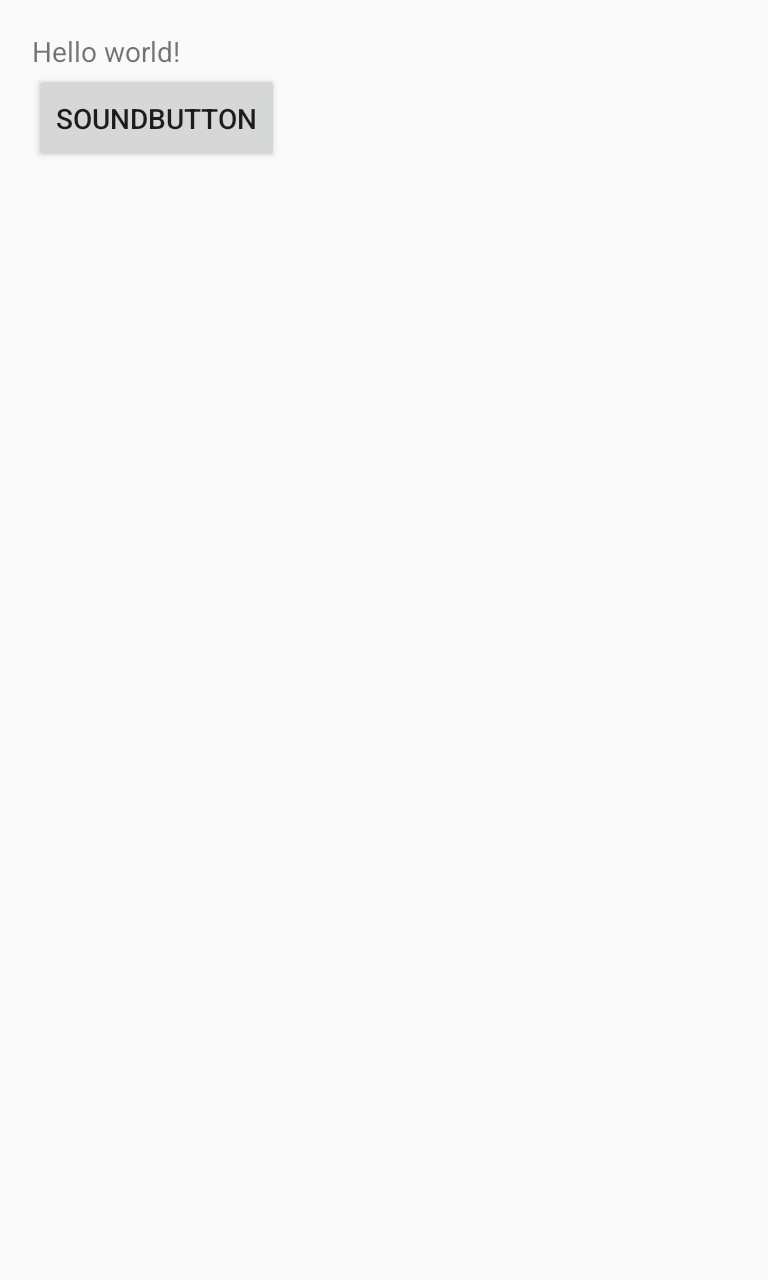
Repository: SoundBoardJAMJ/Project
Layout: workspace/soundtest/res/layout/fragment_main.xml
The author's editor kept a copy of each file at every save. The layout is drawn from the files as they stood at one save, then again after the next save.
It is drawn on a 768 x 1280 px phone screen (xhdpi) without system bars, with theme AppTheme; the app's code is not run.

Above is the layout before, as saved 2014-04-28 18:33:13.

### workspace/soundtest/res/layout/fragment_main.xml
<RelativeLayout xmlns:android="http://schemas.android.com/apk/res/android"
    xmlns:tools="http://schemas.android.com/tools"
    android:layout_width="match_parent"
    android:layout_height="match_parent"
    android:paddingBottom="@dimen/activity_vertical_margin"
    android:paddingLeft="@dimen/activity_horizontal_margin"
    android:paddingRight="@dimen/activity_horizontal_margin"
    android:paddingTop="@dimen/activity_vertical_margin"
    tools:context="com.example.soundtest.MainActivity$PlaceholderFragment" >

    <TextView
        android:id="@+id/textView1"
        android:layout_width="wrap_content"
        android:layout_height="wrap_content"
        android:text="@string/hello_world" />

    <Button
        android:id="@+id/button1"
        android:layout_width="wrap_content"
        android:layout_height="wrap_content"
        android:layout_alignParentLeft="true"
        android:layout_below="@+id/textView1"
        android:onClick="ButtonOnClick"
        android:text="soundbutton" />

</RelativeLayout>

### workspace/soundtest/res/values/strings.xml
<?xml version="1.0" encoding="utf-8"?>
<resources>

    <string name="app_name">soundtest</string>
    <string name="hello_world">Hello world!</string>
    <string name="action_settings">Settings</string>

</resources>

Loaded but not shown: workspace/soundtest/res/values/styles.xml (common file); workspace/soundtest/res/values-v11/styles.xml (common file); workspace/soundtest/res/values-v14/styles.xml (common file); workspace/soundtest/res/values/dimens.xml (common file); workspace/soundtest/res/values-w820dp/dimens.xml (common file)

After the next save:
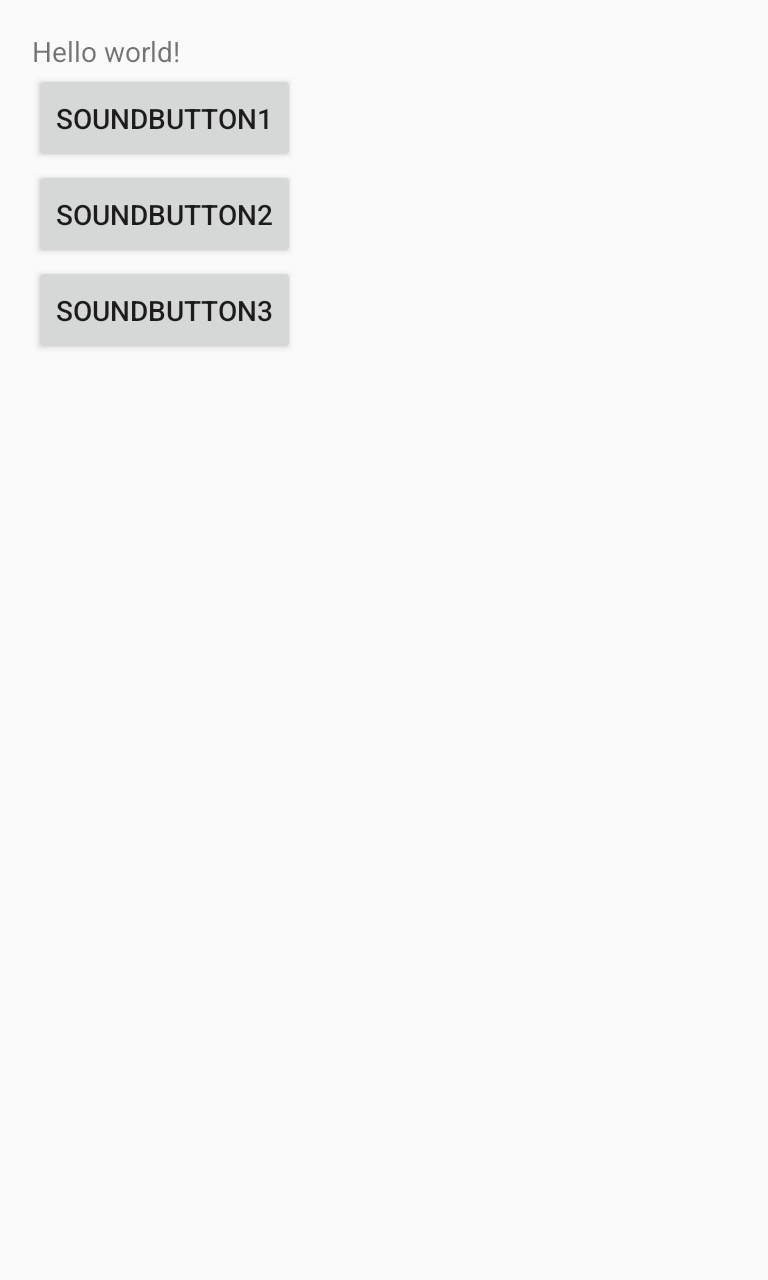
Saved 4 min 12 s later.
--- a/workspace/soundtest/res/layout/fragment_main.xml
+++ b/workspace/soundtest/res/layout/fragment_main.xml
@@ -21,6 +21,24 @@
         android:layout_alignParentLeft="true"
         android:layout_below="@+id/textView1"
         android:onClick="ButtonOnClick"
-        android:text="soundbutton" />
+        android:text="soundbutton1" />
+
+    <Button
+        android:id="@+id/button2"
+        android:layout_width="wrap_content"
+        android:layout_height="wrap_content"
+        android:layout_alignParentLeft="true"
+        android:layout_below="@+id/button1"
+        android:onClick="ButtonOnClick"
+        android:text="soundbutton2" />
+
+    <Button
+        android:id="@+id/button3"
+        android:layout_width="wrap_content"
+        android:layout_height="wrap_content"
+        android:layout_alignParentLeft="true"
+        android:layout_below="@+id/button2"
+        android:onClick="ButtonOnClick"
+        android:text="soundbutton3" />
 
 </RelativeLayout>
